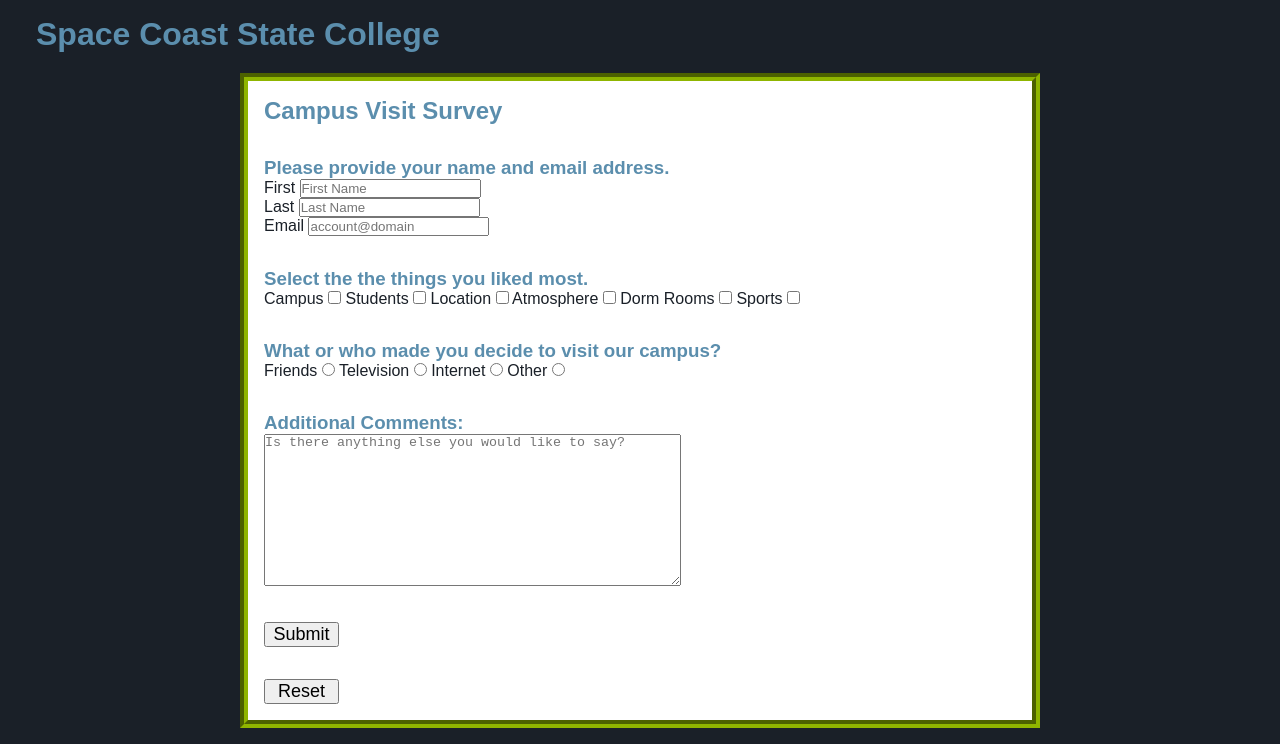
Repository: mlmEFSC21/P2-University-Form
Page: index.html
An editor plug-in stored every save of this project. The page is shown before and after the next save, followed by the edit.
The browser window is 1280 px wide. The pictures show the whole page.
Some web fonts or font styles are not loaded; a fallback is used.

Above is the page before, as saved 2022-01-29 19:48:17.

### index.html
<!DOCTYPE html>
<html lang="en">
    <head>
        <meta charset="UTF-8" />
        <meta http-equiv="X-UA-Compatible" content="IE=edge" />
        <meta name="viewport" content="width=device-width, initial-scale=1.0" />
        <title>University Form</title>
        <link rel="stylesheet" href="uniFormStyles.css" />
    </head>
    <body>
        <header>
            <h1>Space Coast State College</h1>
        </header>
        <main>
          <section class="flex">
            <h2>Campus Visit Survey</h2>
            <article class="info">
              <h3>Please provide your name and email address.</h3>
            <!-- REMEMBER TO CHANGE THIS TO A POST TO DEITEL!!!!!!!!!!-->
            <form action="results.html" method="GET">
                <div>
                    <label for="fname">First</label>
                    <input type="text" id="fname" name="fname" required placeholder="First Name" />
                </div>
                <div>
                    <label for="lname">Last</label>
                    <input type="text" id="lname" name="lname" required placeholder="Last Name" />
                </div>
                <div>
                    <label for="email">Email</label>
                    <input type="email" id="email" name="email" required placeholder="account@domain" />
                </div>
                </article>
                <article class="favFeatures">
                    <h3>Select the the things you liked most.</h3>
                    <label for="campus">Campus</label>
                    <input type="checkbox" id="campus" name="campus" />
                    <label for="students">Students</label>
                    <input type="checkbox" id="students" name="students" />
                    <label for="location">Location</label>
                    <input type="checkbox" id="location" name="location" />
                    <label for="atmosphere">Atmosphere</label>
                    <input type="checkbox" id="atmosphere" name="atmosphere" />
                    <label for="dorms">Dorm Rooms</label>
                    <input type="checkbox" id="dorms" name="dorms" />
                    <label for="sports">Sports</label>
                    <input type="checkbox" id="sports" name="sports" />
                </article>
                <article class="">
                    <h3>What or who made you decide to visit our campus?</h3>
                    <label for="friends">Friends</label>
                    <input type="radio" id="friends" name="referred" required />
                    <label for="television">Television</label>
                    <input type="radio" id="television" name="referred" />
                    <label for="internet">Internet</label>
                    <input type="radio" id="internet" name="referred" />
                    <label for="other">Other</label>
                    <input type="radio" id="other" name="referred" />
                </article>
                <article>
                    <h3>Additional Comments:</h3>
                    <textarea name="comments" placeholder="Is there anything else you would like to say?" rows="10" cols="50"></textarea>
                </article>
                <button type="submit" class="submit">Submit</button>
                <button type="reset" class="reset">Reset</button>
            </form>
            </section>
        </main>
    </body>
</html>

### uniFormStyles.css
@import url("https://fonts.googleapis.com/css2?family=Spectral:wght@400&display=swap");

:root {
    --clr-prime: #003c5e;
    --clr-second: #1a2028;
    --clr-accent: #8fb500;
    --clr-font-prime: #5b8ead;
    --clr-font-second: black;
}

*,
*::before,
*::after {
    margin: 0;
    padding: 0;
    box-sizing: border-box;
}
body {
    margin: 0 1.25em;
    padding: 1em;
    background-color: var(--clr-second);
    font-family: "Spectral", sans-serif;
    color: var(--clr-font-prime);
}
header {
    color: var(--clr-font-prime);
    margin-bottom: 1.25em;
}
.flex {
    display: flex;
    flex-direction: column;
    max-width: 800px;
    border: 8px groove var(--clr-accent);
    background-color: white;
    gap: 2rem;
    margin: auto;
    padding: 1rem;
}
input {
    accent-color: var(--clr-accent);
}
label {
    color: var(--clr-second);
    align-content: center;
}
button {
    width: 75px;
    font-size: large;
    cursor: pointer;
}

After the next save:
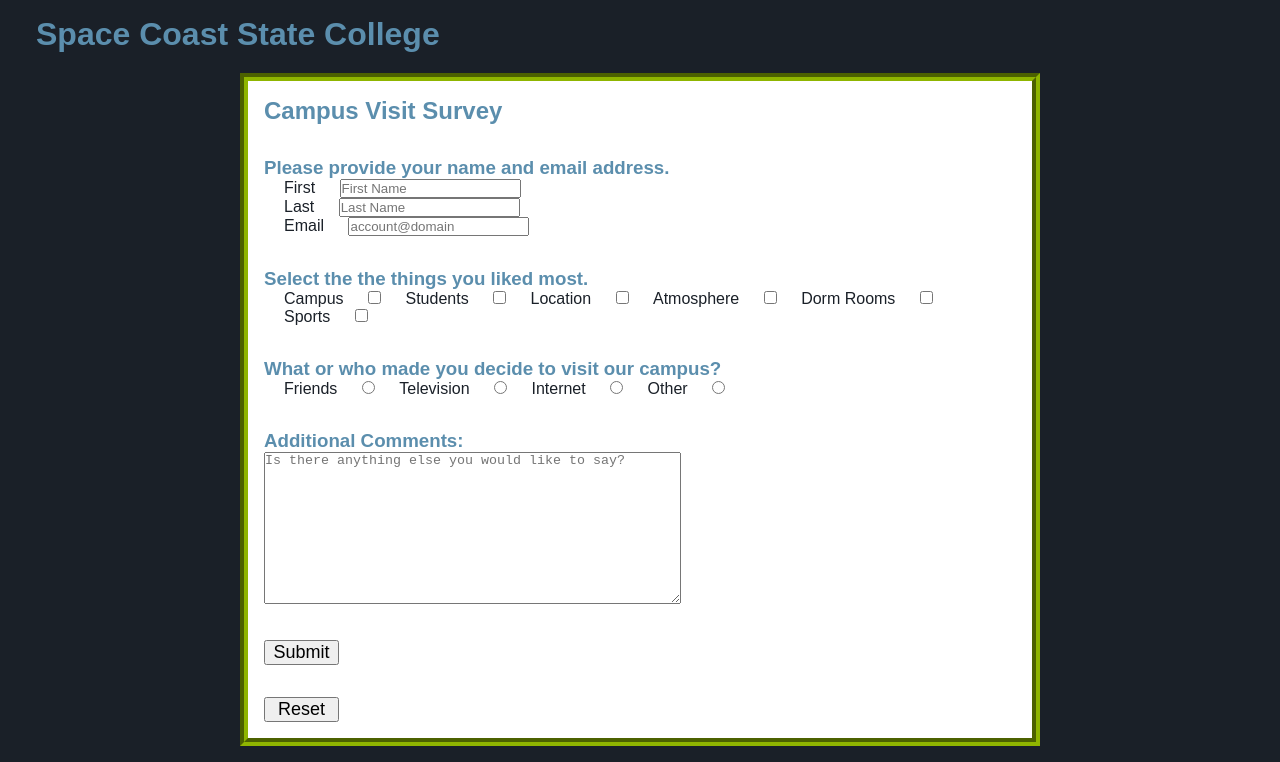
Saved 12 s later.
--- a/uniFormStyles.css
+++ b/uniFormStyles.css
@@ -41,7 +41,7 @@ input {
 }
 label {
     color: var(--clr-second);
-    align-content: center;
+    padding: 20px;
 }
 button {
     width: 75px;
